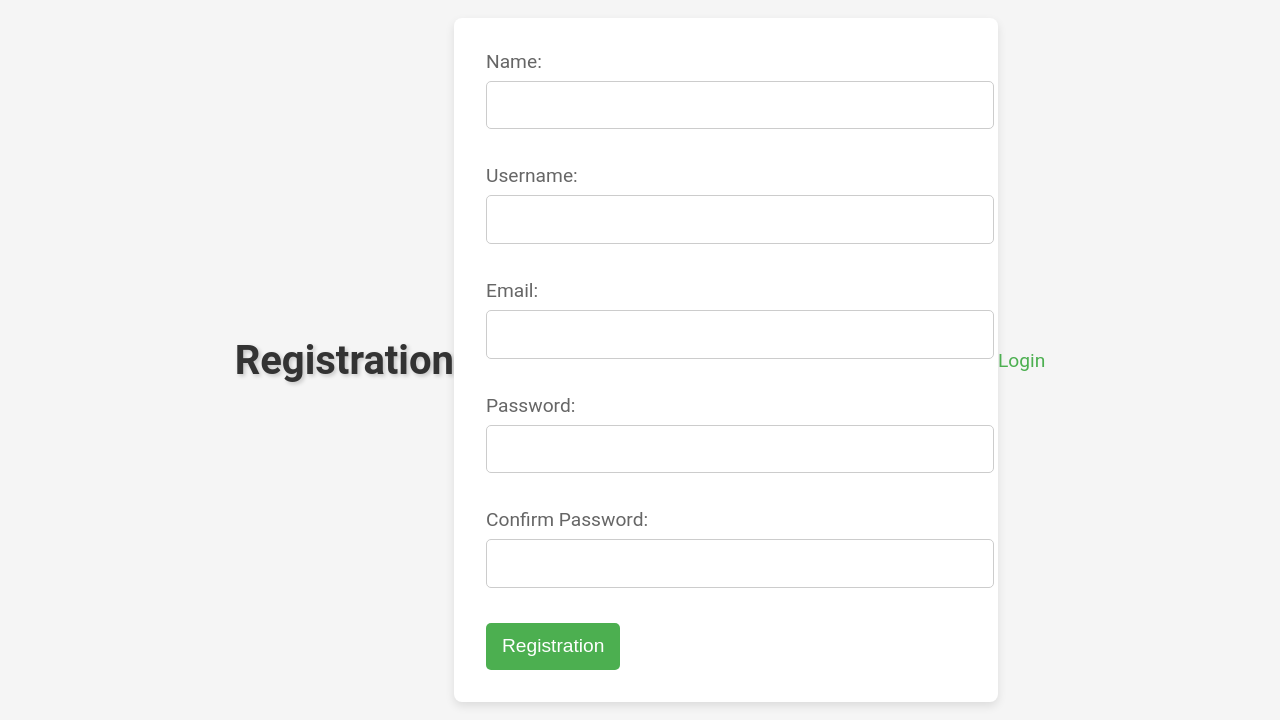
Repository: Acharya-Keerthana/Education
Page: http://localhost/education/reglog/registration.php
These files come from the project's save history. The page is drawn as it stood at one moment and after the next save; the edit follows.
The browser window is 1280 px wide. The pictures show the whole page.
The page is run by PHP 8.4 with error messages shown; the project is at /var/www/html/.

Above is the page before, as saved 2024-04-16 17:52:28.

After the next save:
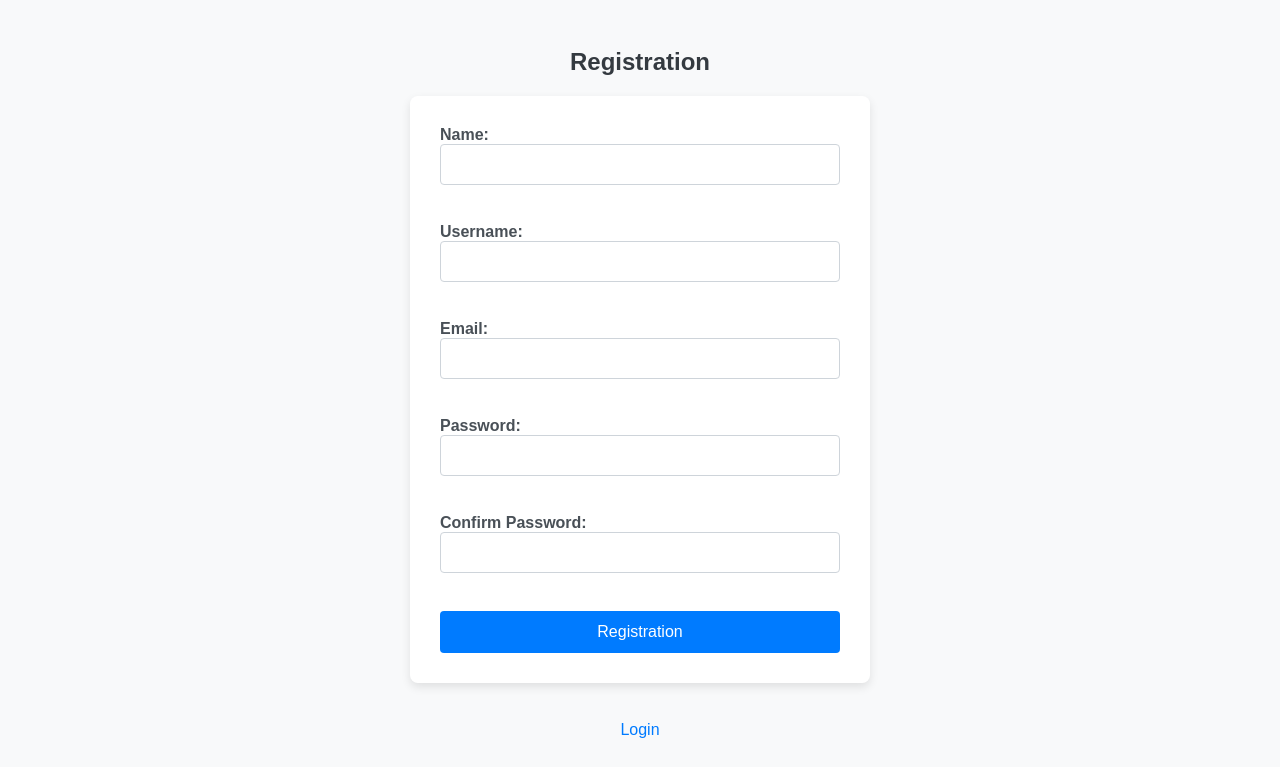
Saved 3 min 59 s later.
--- a/reglog/registration.php
+++ b/reglog/registration.php
@@ -36,110 +36,89 @@ if (isset($_POST["submit"])) {
     <title>Registration</title>
 <style>
     body {
-    font-family: 'Roboto', sans-serif;
-    background-color: #f5f5f5;
-    display: flex;
-    justify-content: center;
-    align-items: center;
-    height: 100vh;
-    margin: 0;
+    font-family: Arial, sans-serif;
+    background-color: #f8f9fa;
+    padding: 20px;
 }
 
 h2 {
-    font-size: 2.5rem;
-    color: #333;
-    text-shadow: 2px 2px 4px rgba(0, 0, 0, 0.2);
-    margin-bottom: 2rem;
-    animation: fadeIn 0.8s ease-out;
+    text-align: center;
+    color: #343a40;
 }
 
 form {
+    max-width: 400px;
+    margin: 0 auto;
     background-color: #fff;
-    padding: 2rem;
+    padding: 30px;
+    border-radius: 8px;
     box-shadow: 0 4px 10px rgba(0, 0, 0, 0.1);
-    border-radius: 8px;
-    width: 30rem;
-    animation: slideIn 0.8s ease-out;
+    animation: slideIn 0.5s ease forwards;
+}
+
+@keyframes slideIn {
+    from {
+        opacity: 0;
+        transform: translateY(-20px);
+    }
+    to {
+        opacity: 1;
+        transform: translateY(0);
+    }
 }
 
 label {
-    display: block;
-    font-size: 1.2rem;
-    color: #666;
-    margin-bottom: 0.5rem;
-    animation: fadeIn 0.8s ease-out;
+    font-weight: bold;
+    color: #495057;
 }
 
 input[type="text"],
 input[type="email"],
 input[type="password"] {
     width: 100%;
-    padding: 0.8rem;
-    border: 1px solid #ccc;
-    border-radius: 5px;
-    margin-bottom: 1rem;
-    font-size: 1.1rem;
-    transition: border-color 0.3s ease-in-out;
+    padding: 12px;
+    margin-bottom: 20px;
+    border: 1px solid #ced4da;
+    border-radius: 4px;
+    box-sizing: border-box;
+    transition: border-color 0.3s ease;
 }
 
 input[type="text"]:focus,
 input[type="email"]:focus,
 input[type="password"]:focus {
-    outline: none;
-    border-color: #4CAF50;
-    box-shadow: 0 0 8px rgba(76, 175, 80, 0.5);
+    border-color: #007bff;
 }
 
-button[type="submit"] {
-    background-color: #4CAF50;
+button {
+    background-color: #007bff;
     color: #fff;
-    padding: 0.8rem 1rem;
+    padding: 12px 20px;
     border: none;
-    border-radius: 5px;
+    border-radius: 4px;
     cursor: pointer;
-    font-size: 1.2rem;
-    transition: background-color 0.3s ease-in-out;
+    width: 100%;
+    font-size: 16px;
+    transition: background-color 0.3s ease;
 }
 
-button[type="submit"]:hover {
-    background-color: #388E3C;
+button:hover {
+    background-color: #0056b3;
 }
 
 a {
-    color: #4CAF50;
+    display: block;
+    text-align: center;
+    margin-top: 20px;
+    color: #007bff;
     text-decoration: none;
-    font-size: 1.2rem;
-    transition: color 0.3s ease-in-out;
+    transition: color 0.3s ease;
 }
 
 a:hover {
-    color: #388E3C;
-    text-decoration: underline;
+    color: #0056b3;
 }
 
-/* Keyframe animations */
-
-@keyframes fadeIn {
-    0% {
-        opacity: 0;
-        transform: translateY(-20px);
-    }
-    100% {
-        opacity: 1;
-        transform: translateY(0);
-    }
-}
-
-@keyframes slideIn {
-    0% {
-        opacity: 0;
-        transform: translateY(-50px);
-    }
-    100% {
-        opacity: 1;
-        transform: translateY(0);
-    }
-}
 </style>
 </head>
 <body>
